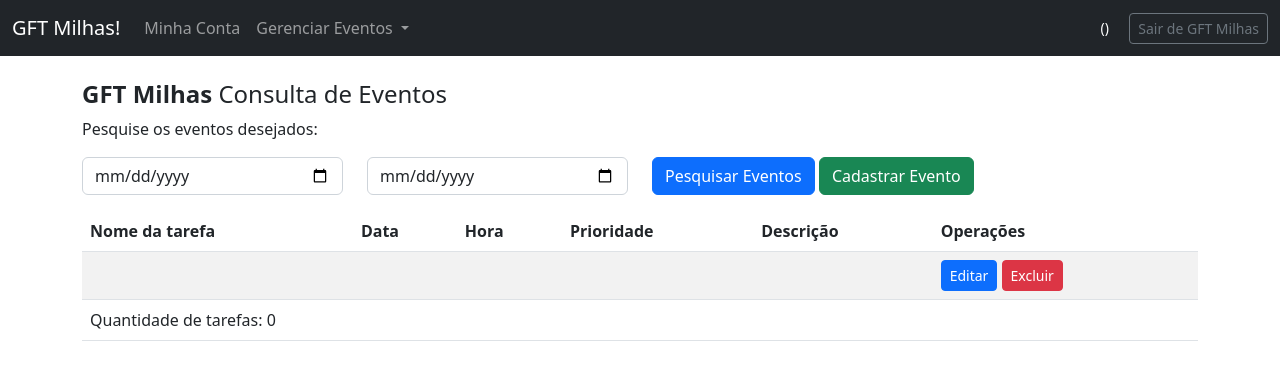
Repository: thamaraamaral/desafio_mvc1
Page: http://localhost/projeto-milhas/WEB-INF/views/eventos-cadastro.jsp
An editor plug-in stored every save of this project. The page is shown before and after the next save, followed by the edit.
The browser window is 1280 px wide. The pictures show the whole page.
The page is served by Tomcat 9. Nobody is signed in. Other server files are loaded and not shown. The template is opened directly, without the code that normally fills it, so the values that code supplies are empty.

Above is the page before, as saved 2022-10-27 23:33:00.

### projeto-milhas/src/main/webapp/WEB-INF/views/eventos-cadastro.jsp
<%@ page language="java" contentType="text/html; charset=UTF-8"
	pageEncoding="UTF-8"%>
<!DOCTYPE html>
<html>
<head>
<meta charset="UTF-8">
<title>Cadastro de Eventos</title>
<!-- CSS only -->
<link
	href="https://cdn.jsdelivr.net/npm/bootstrap@5.2.2/dist/css/bootstrap.min.css"
	rel="stylesheet">
</head>
<body>
<!-- Menu do sistema -->
	<jsp:include page="/WEB-INF/views/components/menu.jsp"/>

	<div class="container mt-4">

		<div class="row mb-3">
			<div class="col-md-6">
				<h4><strong>GFT Milhas</strong> Consulta de Eventos</h4>
				Pesquise os eventos desejados:
			</div>
			<div class="col-md-6 text-end">
				<div class="mt-2">
					<strong>${mensagem}</strong>
				</div>
			</div>
		</div>

		<form class="mb-3">

			<div class="row">
				<div class="col-md-3">
					<input type="date" class="form-control"/>
				</div>
				<div class="col-md-3">
					<input type="date" class="form-control"/>
				</div>
				<div class="col-md-6">

					<input type="submit" class="btn btn-primary" value="Pesquisar Eventos"/>

					<a href="/projeto-milhas/eventos-cadastro" class="btn btn-success">
						Cadastrar Evento
					</a>
				</div>
			</div>

		</form>

		<table class="table table-hover table-striped">
			<thead>
				<tr>
					<th>Nome da tarefa</th>
					<th>Data</th>
					<th>Hora</th>
					<th>Prioridade</th>
					<th>Descrição</th>
					<th>Operações</th>
				</tr>
			</thead>
			<tbody>
				<tr>
					<td></td>
					<td></td>
					<td></td>
					<td></td>
					<td></td>
					<td>
						<a href="/agendaweb/tarefas-edicao" class="btn btn-primary btn-sm">
							Editar
						</a>
						<a href="#" class="btn btn-danger btn-sm">
							Excluir
						</a>
					</td>
				</tr>
			</tbody>
			<tfoot>
				<tr>
					<td colspan="6">
						Quantidade de tarefas: 0
					</td>
				</tr>
			</tfoot>
		</table>

	</div>
		<!-- JavaScript Bundle with Popper -->
		<script
			src="https://cdn.jsdelivr.net/npm/bootstrap@5.2.2/dist/js/bootstrap.bundle.min.js"
			integrity="sha384-OERcA2EqjJCMA+/3y+gxIOqMEjwtxJY7qPCqsdltbNJuaOe923+mo//f6V8Qbsw3"
			crossorigin="anonymous"></script></body>
</html>

### projeto-milhas/src/main/webapp/WEB-INF/views/components/menu.jsp
<nav class="navbar navbar-expand-lg navbar-dark bg-dark">
  <div class="container-fluid">
    <a class="navbar-brand" href="#">GFT Milhas!</a>
    <button class="navbar-toggler" type="button" data-bs-toggle="collapse" data-bs-target="#navbarSupportedContent" aria-controls="navbarSupportedContent" aria-expanded="false" aria-label="Toggle navigation">
      <span class="navbar-toggler-icon"></span>
    </button>
    <div class="collapse navbar-collapse" id="navbarSupportedContent">
      <ul class="navbar-nav me-auto mb-2 mb-lg-0">
        <li class="nav-item">
          <a class="nav-link" href="#">Minha Conta</a>
        </li>
        <li class="nav-item dropdown">
          <a class="nav-link dropdown-toggle" href="#" id="navbarDropdown" role="button" data-bs-toggle="dropdown" aria-expanded="false">
            Gerenciar Eventos
          </a>
          <ul class="dropdown-menu" aria-labelledby="navbarDropdown">
            <li><a class="dropdown-item" href="/projeto-milhas/eventos-cadastro">Cadastrar Eventos</a></li>
            <li><a class="dropdown-item" href="/projeto-milhas/eventos-consulta">Consultar Eventos</a></li>
          </ul>
        </li>
      </ul>
      <form class="d-flex">

		<div class="text-white">

			<small>
				<strong>${usuario_auth.nome}</strong> (${usuario_auth.email})
			</small>

			&nbsp;&nbsp;&nbsp;

			<a href="/projeto-milhas/logout" class="btn btn-outline-secondary btn-sm"
				onclick="return confirm('Deseja realmente encerrar sua sessão?');">
				Sair de GFT Milhas
			</a>

		</div>

      </form>
    </div>
  </div>
</nav>

After the next save:
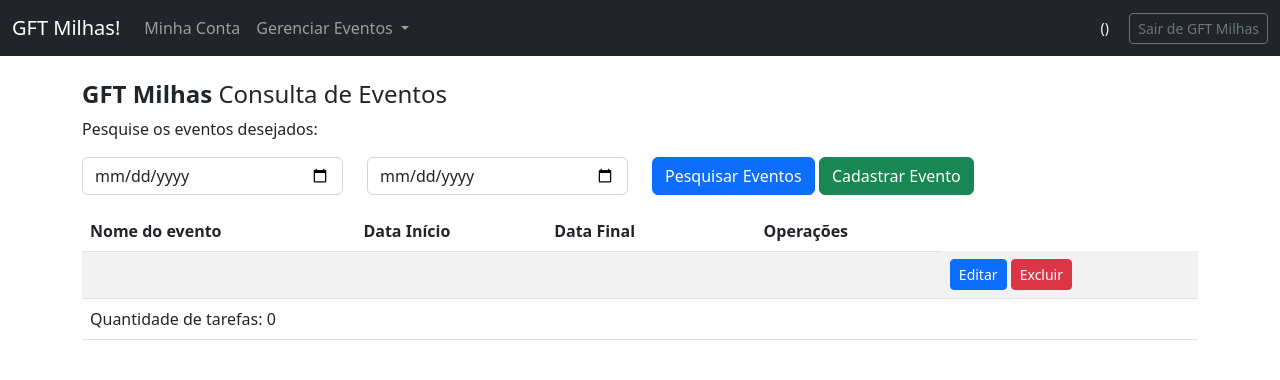
Saved 34 s later.
--- a/projeto-milhas/src/main/webapp/WEB-INF/views/eventos-cadastro.jsp
+++ b/projeto-milhas/src/main/webapp/WEB-INF/views/eventos-cadastro.jsp
@@ -52,11 +52,10 @@
 		<table class="table table-hover table-striped">
 			<thead>
 				<tr>
-					<th>Nome da tarefa</th>
-					<th>Data</th>
-					<th>Hora</th>
-					<th>Prioridade</th>
-					<th>Descrição</th>
+					<th>Nome do evento</th>
+					<th>Data Início</th>
+					<th>Data Final</th>
+					<th></th>
 					<th>Operações</th>
 				</tr>
 			</thead>
